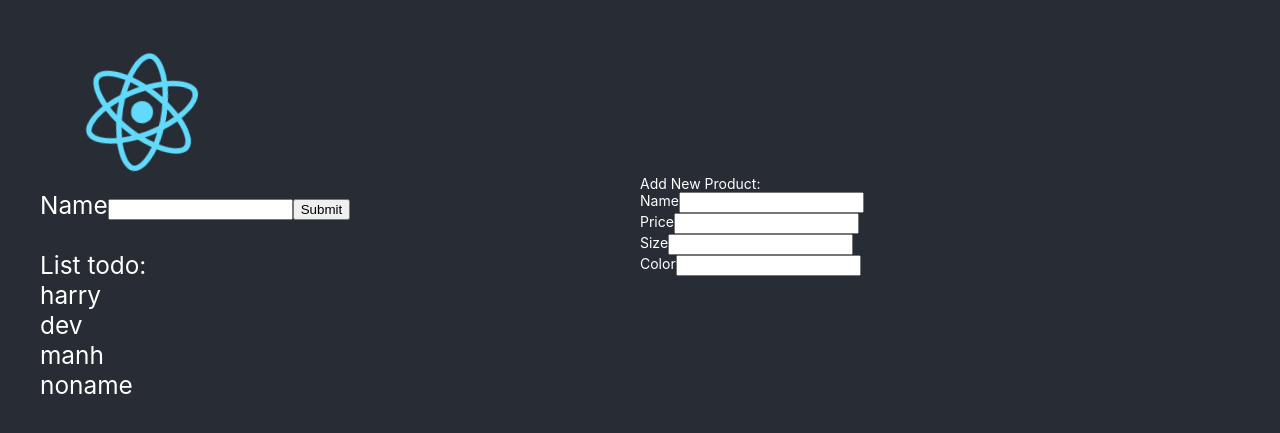
Repository: minh66hn/base-react-hook
Page: /
An editor plug-in stored every save of this project. The page is shown before and after a run of saves, followed by the edit.
The browser window is 1280 px wide. The pictures show the whole page.
The project was rebuilt for these pictures with package versions that can differ from the ones it lists, and the page was loaded fresh each time.

Above is the page before, as saved 2022-04-18 20:26:15.

After the next 2 saves:
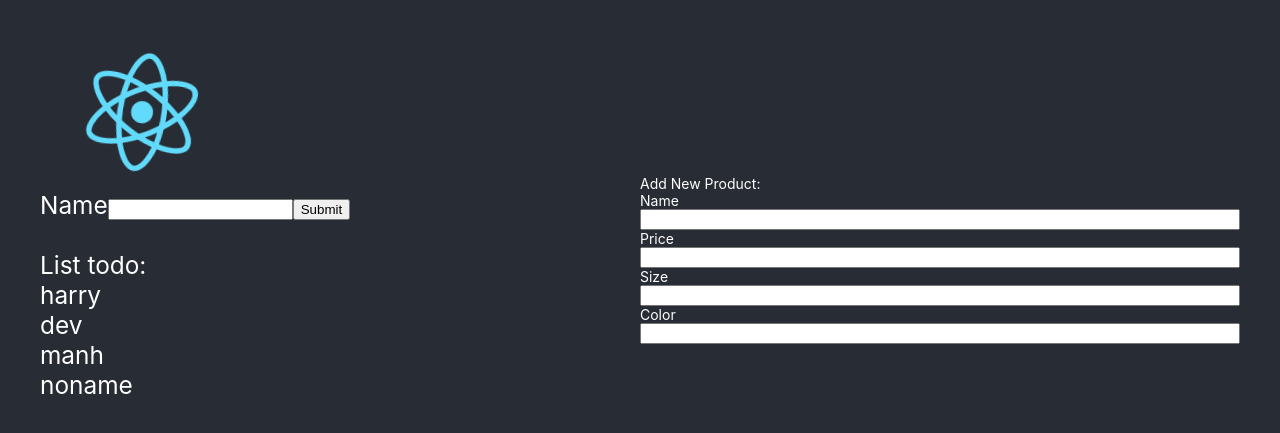
The 2 saves are shown as one change because they came seconds apart.
The last was saved 13 s later.
--- a/src/App.css
+++ b/src/App.css
@@ -40,7 +40,7 @@
 }
 .input-product{
   display:flex;
-  display-
+  flex-direction: column;
 }
 
 .App-link {
